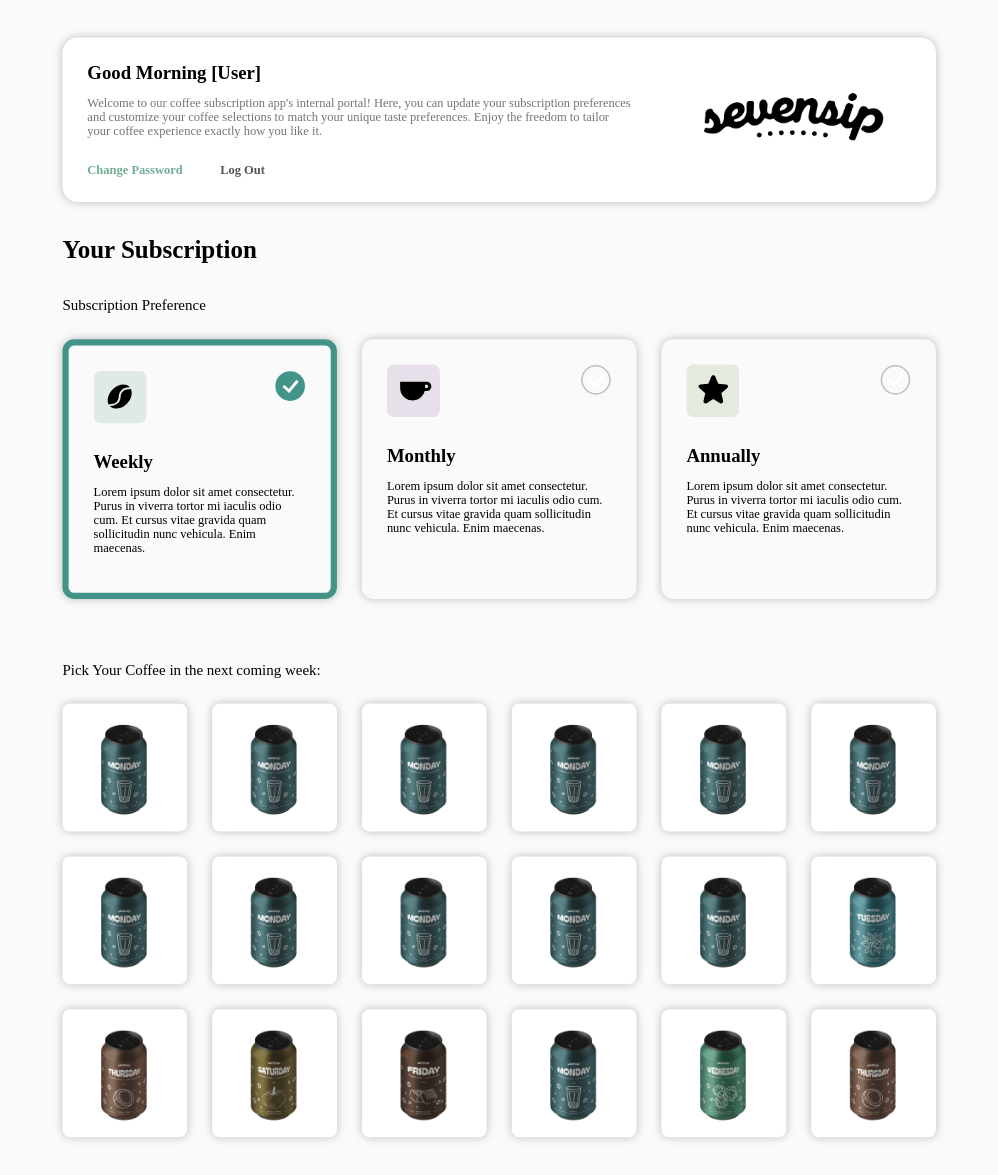
Repository: Haydenleung/COMP-4170-Final-Project
Page: http://localhost/main
These files come from the project's save history. The page is drawn as it stood at one moment and after the next save; the edit follows.
The browser window is 1280 px wide. The pictures show the whole page, at 78% of full size.
The page is served by the project's Node server (app.js).

Above is the page before, as saved 2024-03-22 18:36:25.

### views/main.ejs
<%- include('partials/header') %>


    <div class="main-container">
        <div class="main-subcontainer">
            <div class="main-welcome">
                <div class="main-greeting">
                    <h3>Good Morning [User]</h3>
                    <p>Welcome to our coffee subscription app's internal portal! Here, you can update your subscription
                        preferences and customize your coffee selections to match your unique taste preferences. Enjoy
                        the freedom to tailor your coffee experience exactly how you like it.</p>
                </div>
                <div class="main-feature">
                    <a href="/edit" class="mainbtn chnpassword">Change Password</a>
                    <a href="/" class="mainbtn logout">Log Out</a>
                </div>
            </div>
            <div class="main-logo-container">
                <img class="main-logo" src="/images/logo.png" alt="company logo" />
            </div>
        </div>
        <div class="main-content">
            <h4>Your Subscription</h4>
            <div class="subscribe-section">
                <h5>Subscription Preference</h5>
                <div class="subscribe-container">
                    <div class="sub-option sub-selected">
                        <div class="tick">
                            <svg viewBox="0 0 100 100" xmlns="http://www.w3.org/2000/svg">
                                <circle cx="50" cy="50" r="45" fill="#429488" stroke="#429488" stroke-width="5" />
                            </svg>
                            <img class="sub-tick" src="/images/tick.svg" alt="icon" />
                        </div>
                        <img class="sub-icon" src="/images/week.svg" alt="icon" />
                        <div class="sub-title">Weekly</div>
                        <p class="sub-body">Lorem ipsum dolor sit amet consectetur. Purus in viverra tortor mi iaculis
                            odio cum. Et
                            cursus vitae gravida quam sollicitudin nunc vehicula. Enim maecenas.</p>
                    </div>
                    <div class="sub-option">
                        <div class="tick">
                            <svg viewBox="0 0 100 100" xmlns="http://www.w3.org/2000/svg">
                                <circle cx="50" cy="50" r="45" fill="none" stroke="#C0C0C0" stroke-width="5" />
                            </svg>
                            <img class="sub-tick" src="/images/tick.svg" alt="icon" />
                        </div>
                        <img class="sub-icon" src="/images/month.svg" alt="icon" />
                        <div class="sub-title">Monthly</div>
                        <p class="sub-body">Lorem ipsum dolor sit amet consectetur. Purus in viverra tortor mi iaculis
                            odio cum. Et
                            cursus vitae gravida quam sollicitudin nunc vehicula. Enim maecenas.</p>
                    </div>
                    <div class="sub-option">
                        <div class="tick">
                            <svg viewBox="0 0 100 100" xmlns="http://www.w3.org/2000/svg">
                                <circle cx="50" cy="50" r="45" fill="none" stroke="#C0C0C0" stroke-width="5" />
                            </svg>
                            <img class="sub-tick" src="/images/tick.svg" alt="icon" />
                        </div>
                        <img class="sub-icon" src="/images/annual.svg" alt="icon" />
                        <div class="sub-title">Annually</div>
                        <p class="sub-body">Lorem ipsum dolor sit amet consectetur. Purus in viverra tortor mi iaculis
                            odio cum. Et
                            cursus vitae gravida quam sollicitudin nunc vehicula. Enim maecenas.</p>
                    </div>

                </div>
            </div>
            <div class="coffee-section">
                <h5>Pick Your Coffee in the next coming week:</h5>
                <div class="coffee-option">
                    <div class="coffee">
                        <img class="coffee-image" src="/images/01.png" alt="coffee image" />
                    </div>
                    <div class="coffee">
                        <img class="coffee-image" src="/images/01.png" alt="coffee image" />
                    </div>
                    <div class="coffee">
                        <img class="coffee-image" src="/images/01.png" alt="coffee image" />
                    </div>
                    <div class="coffee">
                        <img class="coffee-image" src="/images/01.png" alt="coffee image" />
                    </div>
                    <div class="coffee">
                        <img class="coffee-image" src="/images/01.png" alt="coffee image" />
                    </div>
                    <div class="coffee">
                        <img class="coffee-image" src="/images/01.png" alt="coffee image" />
                    </div>
                    <div class="coffee">
                        <img class="coffee-image" src="/images/01.png" alt="coffee image" />
                    </div>
                    <div class="coffee">
                        <img class="coffee-image" src="/images/01.png" alt="coffee image" />
                    </div>
                    <div class="coffee">
                        <img class="coffee-image" src="/images/01.png" alt="coffee image" />
                    </div>
                    <div class="coffee">
                        <img class="coffee-image" src="/images/01.png" alt="coffee image" />
                    </div>
                    <div class="coffee">
                        <img class="coffee-image" src="/images/01.png" alt="coffee image" />
                    </div>
                    <div class="coffee">
                        <img class="coffee-image" src="/images/02.png" alt="coffee image" />
                    </div>
                    <div class="coffee">
                        <img class="coffee-image" src="/images/04.png" alt="coffee image" />
                    </div>
                    <div class="coffee">
                        <img class="coffee-image" src="/images/06.png" alt="coffee image" />
                    </div>
                    <div class="coffee">
                        <img class="coffee-image" src="/images/05.png" alt="coffee image" />
                    </div>
                    <div class="coffee">
                        <img class="coffee-image" src="/images/01.png" alt="coffee image" />
                    </div>
                    <div class="coffee">
                        <img class="coffee-image" src="/images/03.png" alt="coffee image" />
                    </div>
                    <div class="coffee">
                        <img class="coffee-image" src="/images/04.png" alt="coffee image" />
                    </div>
                </div>
            </div>
        </div>
    </div>

    <%- include('partials/footer') %>

### views/partials/header.ejs
<!DOCTYPE html>
<html lang="en">

<head>
    <meta charset="UTF-8" />
    <meta http-equiv="X-UA-Compatible" content="IE=edge" />
    <meta name="viewport" content="width=device-width, initial-scale=1.0" />
    <link rel="stylesheet" href="styles/main.css" />
    <title>Subscriber Portal</title>
</head>

<body>
    <main>

### app.js
import express from "express";
import pg from "pg";

const app = express();
const port = 3000;

app.set('view engine', 'ejs');

app.use(express.urlencoded({ extended: true }));
app.use(express.static("public"));

app.get("/", (req, res) => {
    res.render("index.ejs");
});

app.get("/register", (req, res) => {
    res.render("register.ejs");
});

app.get("/main", (req, res) => {
    res.render("main.ejs");
});

app.listen(port, () => {
    console.log(`Server running on port ${port}`);
});

### public/styles/main.css
* {
    box-sizing: border-box;
    font-family: "Montserrat";
}

html {
    background-color: #FAFAFA;
    height: 100vh;
    padding: 0;
    margin: 0;
}

body {
    display: flex;
    flex-direction: column;
    padding: 0;
    margin: 0;
    height: 100%;
}

main {
    display: flex;
    flex-grow: 1;
}

.home {
    display: flex;
    flex-direction: row;
    height: 100%;
    width: 100%;
}

.photo {
    object-fit: cover;
    width: 100%;
    height: 100%;
    border-radius: 0 20px 20px 0;
}

.home-photo {
    height: 100%;
    flex-grow: 1;
    overflow: hidden;
}

.home-login {
    min-width: 40rem;
    display: flex;
    flex-direction: column;
    justify-content: center;
    align-items: center;
}

.login-container {
    width: 100%;
    height: 100%;
    display: flex;
    flex-direction: column;
    justify-content: center;
    align-items: center;
    padding: 1rem 8rem;
}

.logo {
    width: 10rem;
    margin-bottom: 4rem;
}

.form-container {
    display: flex;
    flex-direction: column;
    align-items: center;
    /* background-color: grey; */
    width: 100%;
    margin-bottom: 1.5rem;
}

h3 {
    font-size: 1.5em;
}

.form-title {
    text-align: center;
    margin-bottom: 3rem;
}

.form-main {
    width: 100%;
    display: flex;
    flex-direction: column;
    align-items: center;
    gap: 1.5rem;
}

.login-form {
    width: 100%;
}

.login-button {
    width: 100%;
    display: flex;
    flex-direction: column;
    gap: 1.5rem;
    margin-top: 2rem;
}

.forminput {
    width: 100%;
    height: 3rem;
    background-color: transparent;
    border: none;
    border-bottom: 1px solid black;
    padding: 1rem;
    font-size: 1em;
}

.forminput:focus {
    outline: none;
}

.submitbtn,
.regbtn {
    width: 100%;
    height: 3rem;
    border-radius: 6px;
    border: none;
    font-size: 1em;
    font-weight: 600;
    color: white;
    cursor: pointer;
    text-decoration: none;
    display: flex;
    justify-content: center;
    align-items: center;
}

.submitbtn {
    background-color: #73AC92;
}

.regbtn {
    background-color: #969696
}

.regisblue {
    background-color: #3EA1DB;
}

/* Main */

.main-container {
    width: 100%;
    display: flex;
    flex-direction: column;
    align-items: center;
    padding: 3rem 5rem;
}

.main-subcontainer {
    width: 100%;
    background-color: white;
    border-radius: 15pt;
    box-shadow: 0 0 12px rgba(0, 0, 0, 0.25);
    display: flex;
    flex-direction: row;
    padding: 2rem;
    justify-content: center;
    align-items: center;
    gap: 5%;
}

.main-welcome {
    flex-grow: 1;
    display: flex;
    flex-direction: column;
    justify-content: center;
    width: 100%;
    height: 100%;
    gap: 1rem;
}


.main-greeting>p {
    color: #747474;
    font-weight: 500;
}

.mainbtn {
    text-decoration: none;
    font-weight: 600;
}

.mainbtn:hover {
    text-decoration: underline;
    text-underline-offset: 8px;
}

.chnpassword {
    color: #73AC92;
}

.logout {
    color: #545454;
}

.main-feature {
    display: flex;
    flex-direction: row;
    gap: 3rem;
}

.main-logo-container {
    padding: 2rem;
    width: 40%;
}

.main-logo {
    width: 100%;
}

.main-content {
    width: 100%;
}

.subscribe-section {
    width: 100%;
    margin-bottom: 5rem;
}

.subscribe-container {
    display: grid;
    grid-template-columns: 1fr 1fr 1fr;
    gap: 2rem;
}

.sub-option {
    min-height: 12rem;
    box-shadow: 0 0 12px rgba(0, 0, 0, 0.25);
    border-radius: 15px;
    padding: 2rem 2rem;
    position: relative;
}

.sub-selected {
    border: 8px solid #429488;
}

.sub-icon {
    margin-bottom: 2rem;
}

.tick {
    position: absolute;
    right: 2rem;
    top: 2rem;
    width: 2.5rem;
    display: flex;
    justify-content: center;
    align-items: center;
}

.sub-tick {
    position: absolute;
}

.sub-title {
    font-size: 1.5em;
    font-weight: 600;
    margin-bottom: 1rem;
}

.coffee-option {
    --repeat: auto-fit;
}

@media (min-width: calc(250px * 6)) {
    .coffee-option {
        --repeat: 6;
    }
}

.coffee-option {
    width: 100%;
    display: grid;
    grid-template-columns: repeat(var(--repeat, auto-fit), minmax(150px, 1fr));
    gap: 2rem;
}

.coffee {
    width: 100%;
    aspect-ratio: 1/1;
    border-radius: 10px;
    background-color: white;
    box-shadow: 0 0 12px rgba(0, 0, 0, 0.25);
}

.coffee-image {
    width: 100%;
    height: 100%;
    object-fit: contain;
}

h3 {
    margin: 0;
}

h4 {
    font-size: 2em;
}

h5 {
    font-size: 1.2em;
    font-weight: 400;
}

### public/images/tick.svg
<svg width="21" height="17" viewBox="0 0 21 17" fill="none" xmlns="http://www.w3.org/2000/svg">
<path d="M17.9361 0L8.31387 11.7368L2.625 6.47746L0 8.90603L8.74863 17L21 2.42857L17.9361 0Z" fill="white"/>
</svg>

### public/images/week.svg
<svg width="68" height="68" viewBox="0 0 68 68" fill="none" xmlns="http://www.w3.org/2000/svg">
<rect width="68" height="68" rx="10" fill="#73AC92" fill-opacity="0.2"/>
<path d="M24.2499 42.7501C26.4672 42.4209 28.4921 41.3054 29.9554 39.6073C31.4186 37.9092 32.2225 35.7416 32.2203 33.5001C32.2315 30.6863 33.2522 27.9699 35.0969 25.8452C36.9416 23.7204 39.4877 22.3283 42.272 21.9221L46.2649 21.3517C46.157 21.2284 46.0645 21.1051 45.9412 20.9817C40.9153 15.9559 31.2645 17.4667 24.3578 24.3426C18.5149 30.2626 16.5416 38.1251 19.2549 43.4592L24.2499 42.7501Z" fill="black"/>
<path d="M34.6256 33.5C34.6155 36.3133 33.5975 39.0298 31.7562 41.1568C29.9149 43.2838 27.3722 44.6804 24.5894 45.0933L20.7969 45.6329L21.0281 45.895C26.054 50.9208 35.7048 49.4254 42.6115 42.5496C48.4235 36.7529 50.4585 28.875 47.7606 23.6179L42.6115 24.3579C40.4084 24.678 38.3924 25.7754 36.9278 27.4521C35.4632 29.1287 34.6467 31.2739 34.6256 33.5Z" fill="black"/>
</svg>

### public/images/month.svg
<svg width="68" height="68" viewBox="0 0 68 68" fill="none" xmlns="http://www.w3.org/2000/svg">
<rect width="68" height="68" rx="10" fill="#9D73AC" fill-opacity="0.2"/>
<path d="M17 22.3121H51C52.5913 22.3121 54.1174 22.9439 55.2426 24.0683C56.3679 25.1928 57 26.7179 57 28.3082C57 29.8984 56.3679 31.4235 55.2426 32.548C54.1174 33.6725 52.5913 34.3042 51 34.3042H48.496C47.5256 38.076 45.211 41.3642 41.9868 43.5517C38.7625 45.7391 34.8502 46.6753 30.9842 46.1847C27.1182 45.694 23.5643 43.8102 20.9895 40.8868C18.4147 37.9633 16.9962 34.2013 17 30.3069V22.3121ZM49 30.3069H51C51.5304 30.3069 52.0391 30.0963 52.4142 29.7215C52.7893 29.3466 53 28.8383 53 28.3082C53 27.7781 52.7893 27.2697 52.4142 26.8949C52.0391 26.5201 51.5304 26.3095 51 26.3095H49V30.3069Z" fill="black"/>
</svg>

### public/images/annual.svg
<svg width="68" height="68" viewBox="0 0 68 68" fill="none" xmlns="http://www.w3.org/2000/svg">
<rect width="68" height="68" rx="10" fill="#93AC73" fill-opacity="0.2"/>
<path d="M52.3888 30.5244L44.8134 37.1357L47.0827 46.9786C47.2028 47.4932 47.1685 48.0318 46.9842 48.5269C46.7998 49.0221 46.4736 49.452 46.0463 49.7628C45.619 50.0736 45.1096 50.2516 44.5817 50.2744C44.0538 50.2972 43.5309 50.164 43.0783 49.8912L34.4934 44.6842L25.927 49.8912C25.4745 50.164 24.9515 50.2972 24.4236 50.2744C23.8958 50.2516 23.3863 50.0736 22.959 49.7628C22.5317 49.452 22.2055 49.0221 22.0211 48.5269C21.8368 48.0318 21.8026 47.4932 21.9226 46.9786L24.1885 37.1458L16.6115 30.5244C16.2107 30.1788 15.9209 29.7225 15.7784 29.2128C15.636 28.7032 15.6471 28.1628 15.8105 27.6594C15.974 27.156 16.2824 26.7121 16.6971 26.3834C17.1118 26.0546 17.6143 25.8555 18.1417 25.8112L28.1291 24.9462L32.0276 15.6474C32.2312 15.1595 32.5746 14.7427 33.0146 14.4496C33.4546 14.1564 33.9714 14 34.5001 14C35.0288 14 35.5457 14.1564 35.9857 14.4496C36.4256 14.7427 36.769 15.1595 36.9726 15.6474L40.8829 24.9462L50.867 25.8112C51.3944 25.8555 51.8969 26.0546 52.3116 26.3834C52.7263 26.7121 53.0347 27.156 53.1981 27.6594C53.3615 28.1628 53.3727 28.7032 53.2302 29.2128C53.0878 29.7225 52.798 30.1788 52.3972 30.5244H52.3888Z" fill="black"/>
</svg>

Loaded but not shown: views/partials/footer.ejs (common file)

After the next save:
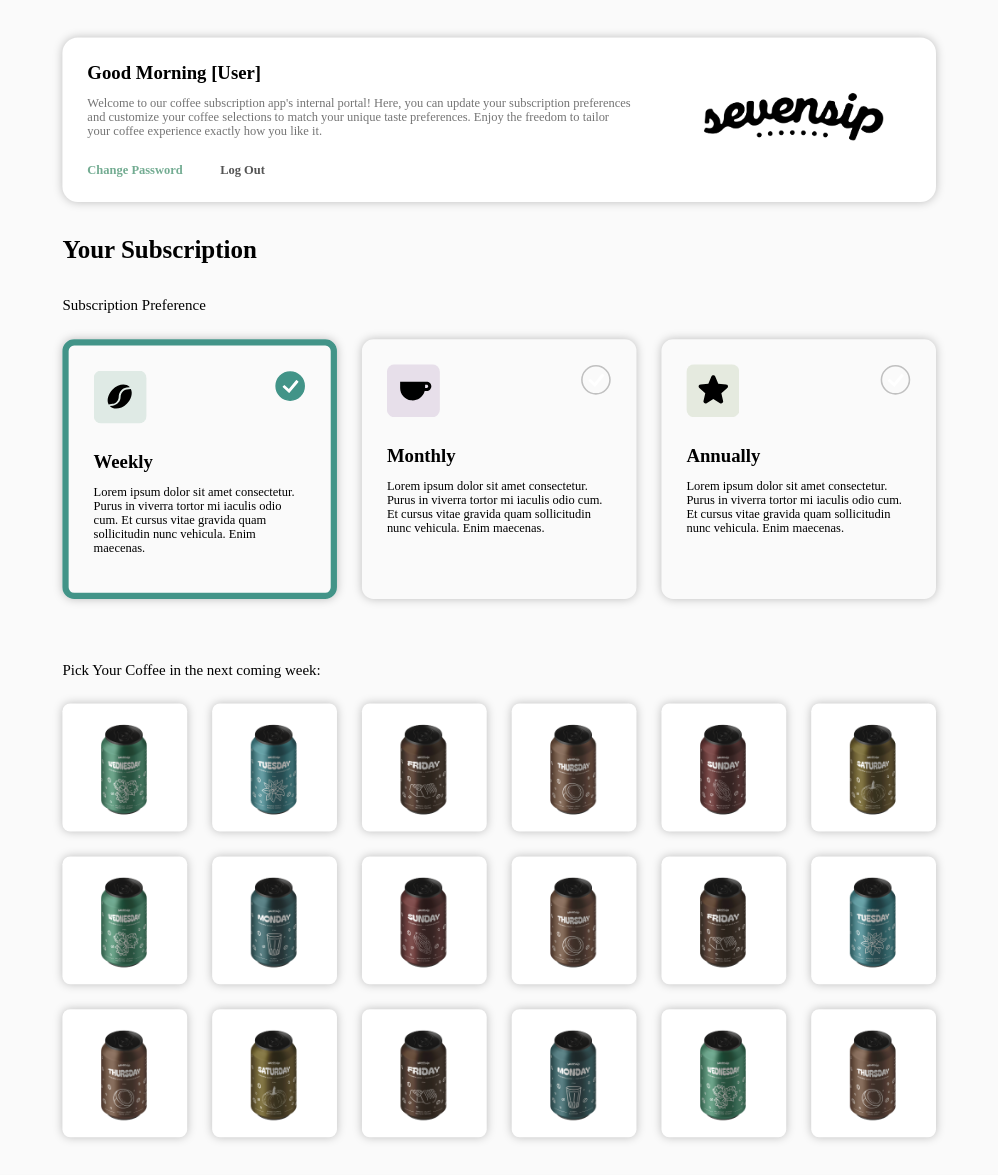
Saved 20 s later.
--- a/views/main.ejs
+++ b/views/main.ejs
@@ -70,37 +70,37 @@
                 <h5>Pick Your Coffee in the next coming week:</h5>
                 <div class="coffee-option">
                     <div class="coffee">
-                        <img class="coffee-image" src="/images/01.png" alt="coffee image" />
+                        <img class="coffee-image" src="/images/03.png" alt="coffee image" />
+                    </div>
+                    <div class="coffee">
+                        <img class="coffee-image" src="/images/02.png" alt="coffee image" />
+                    </div>
+                    <div class="coffee">
+                        <img class="coffee-image" src="/images/05.png" alt="coffee image" />
+                    </div>
+                    <div class="coffee">
+                        <img class="coffee-image" src="/images/04.png" alt="coffee image" />
+                    </div>
+                    <div class="coffee">
+                        <img class="coffee-image" src="/images/07.png" alt="coffee image" />
+                    </div>
+                    <div class="coffee">
+                        <img class="coffee-image" src="/images/06.png" alt="coffee image" />
+                    </div>
+                    <div class="coffee">
+                        <img class="coffee-image" src="/images/03.png" alt="coffee image" />
                     </div>
                     <div class="coffee">
                         <img class="coffee-image" src="/images/01.png" alt="coffee image" />
                     </div>
                     <div class="coffee">
-                        <img class="coffee-image" src="/images/01.png" alt="coffee image" />
+                        <img class="coffee-image" src="/images/07.png" alt="coffee image" />
                     </div>
                     <div class="coffee">
-                        <img class="coffee-image" src="/images/01.png" alt="coffee image" />
+                        <img class="coffee-image" src="/images/04.png" alt="coffee image" />
                     </div>
                     <div class="coffee">
-                        <img class="coffee-image" src="/images/01.png" alt="coffee image" />
-                    </div>
-                    <div class="coffee">
-                        <img class="coffee-image" src="/images/01.png" alt="coffee image" />
-                    </div>
-                    <div class="coffee">
-                        <img class="coffee-image" src="/images/01.png" alt="coffee image" />
-                    </div>
-                    <div class="coffee">
-                        <img class="coffee-image" src="/images/01.png" alt="coffee image" />
-                    </div>
-                    <div class="coffee">
-                        <img class="coffee-image" src="/images/01.png" alt="coffee image" />
-                    </div>
-                    <div class="coffee">
-                        <img class="coffee-image" src="/images/01.png" alt="coffee image" />
-                    </div>
-                    <div class="coffee">
-                        <img class="coffee-image" src="/images/01.png" alt="coffee image" />
+                        <img class="coffee-image" src="/images/05.png" alt="coffee image" />
                     </div>
                     <div class="coffee">
                         <img class="coffee-image" src="/images/02.png" alt="coffee image" />
